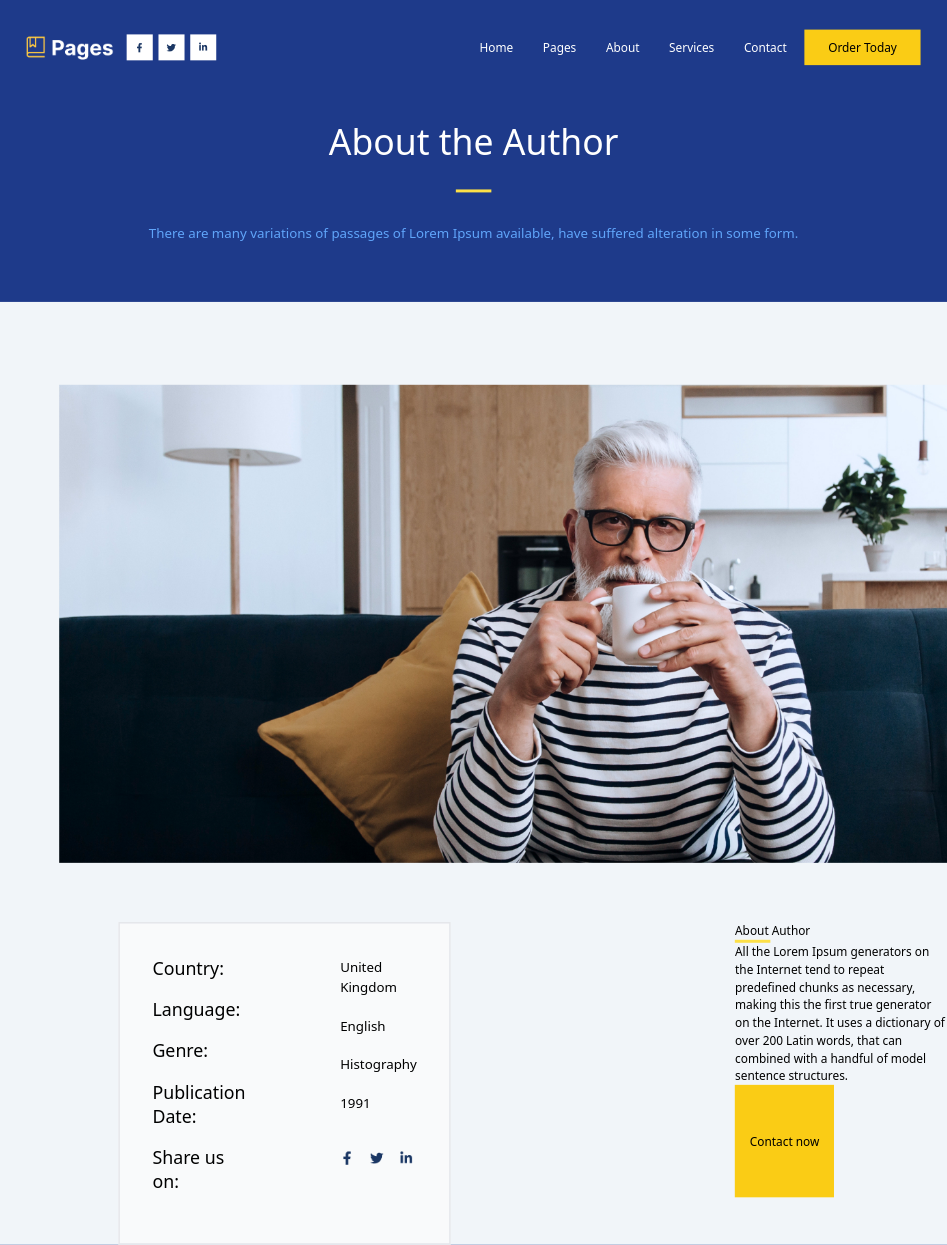
Repository: Godnorg/Class3
Page: index.html
The author's editor kept a copy of each file at every save. The page is drawn from the files as they stood at one save, then again after the next save.
The browser window is 1280 px wide. The pictures show the whole page, at 74% of full size.
Some web libraries are served in a nearby version.

Above is the page before, as saved 2023-02-20 02:36:22.

### index.html
<!DOCTYPE html>
<html lang="en">
<head>
    <meta charset="UTF-8">
    <meta http-equiv="X-UA-Compatible" content="IE=edge">
    <meta name="viewport" content="width=device-width, initial-scale=1.0">
    <title>Class3</title>
    <script src="https://cdn.tailwindcss.com"></script>
</head>
<body class="w-full bg-blue-900">
<div class="flex items-center justify-between w-full pt-10 mx-auto px-9 max-w-7xl">
    <div class="flex gap-4 ">
    <img src="./Logo.png">
    <img src="./soc-icons.png" class="h-9">
    </div>
    <div class="flex gap-6">
        <ul class="flex items-center gap-10 text-white">
            <li><a href="#">Home</a></li>
            <li><a href="#">Pages</a></li>
            <li><a href="#">About</a></li>
            <li><a href="#">Services</a></li>
            <li><a href="#">Contact</a></li>
        </ul>
        <button class="px-8 py-3 mx-auto bg-yellow-400 font-sans-serif">Order Today</button>
    </div>
    </div>
    <div class="items-center mx-auto">
    <h1 class="items-center pt-20 pb-10 text-5xl text-center text-white">About the Author</h1>
        <div
            class="items-center w-12 h-1 mx-auto text-center bg-yellow-300">
        </div>
        <p class="items-center pt-10 pb-20 mx-auto text-lg text-center text-blue-400">There are many variations of passages of Lorem Ipsum available, have suffered alteration in some form.</p>
    </div>

    <div class= " bg-slate-100">
        <div class="relative w-full pb-20 pl-20 mx-auto pt-28 max-w-7xl">
        <img src="./oldman2.jpg">
        </div>
        <div class="flex flex-row">
        <div class="max-w-xl ml-40 mr-96 bg-gray-50">
            <div class="flex mt-0 border-2 pt-11 px-11 pb-11">
                <div class="pr-32">
                <h2 class="pb-6 text-2xl">Country:</h2>
                <h2 class="pb-6 text-2xl">Language:</h2>
                <h2 class="pb-6 text-2xl">Genre:</h2>
                <h2 class="pb-6 text-2xl">Publication Date:</h2>
                <h2 class="pb-6 text-2xl">Share us on:</h2>
                </div>
                <div class="p-0">
                <p class="pb-6 pr-0 text-lg">United Kingdom</p>
                <p class="pb-6 pr-0 text-lg">English</p>
                <p class="pb-6 pr-0 text-lg">Histography</p>
                <p class="pb-6 pr-0 text-lg">1991</p>
                <img src="./socialmedia.png" class="pb-6 pr-0 pt-7">
                </div>
            </div>
        </div>
        <div>
          <h1>About Author</h1>
          <div class="w-12 h-1 bg-yellow-300"></div>
          <p>All the Lorem Ipsum generators on the Internet tend to repeat predefined chunks as necessary, making this the first true generator on the Internet. It uses a dictionary of over 200 Latin words, that can combined with a handful of model sentence structures.</p>
          <button class="px-5 py-16 mx-auto bg-yellow-400 font-sans-serif">Contact now</button>
        </div>
    </div>
</div>

</body>
</html>

After the next save:
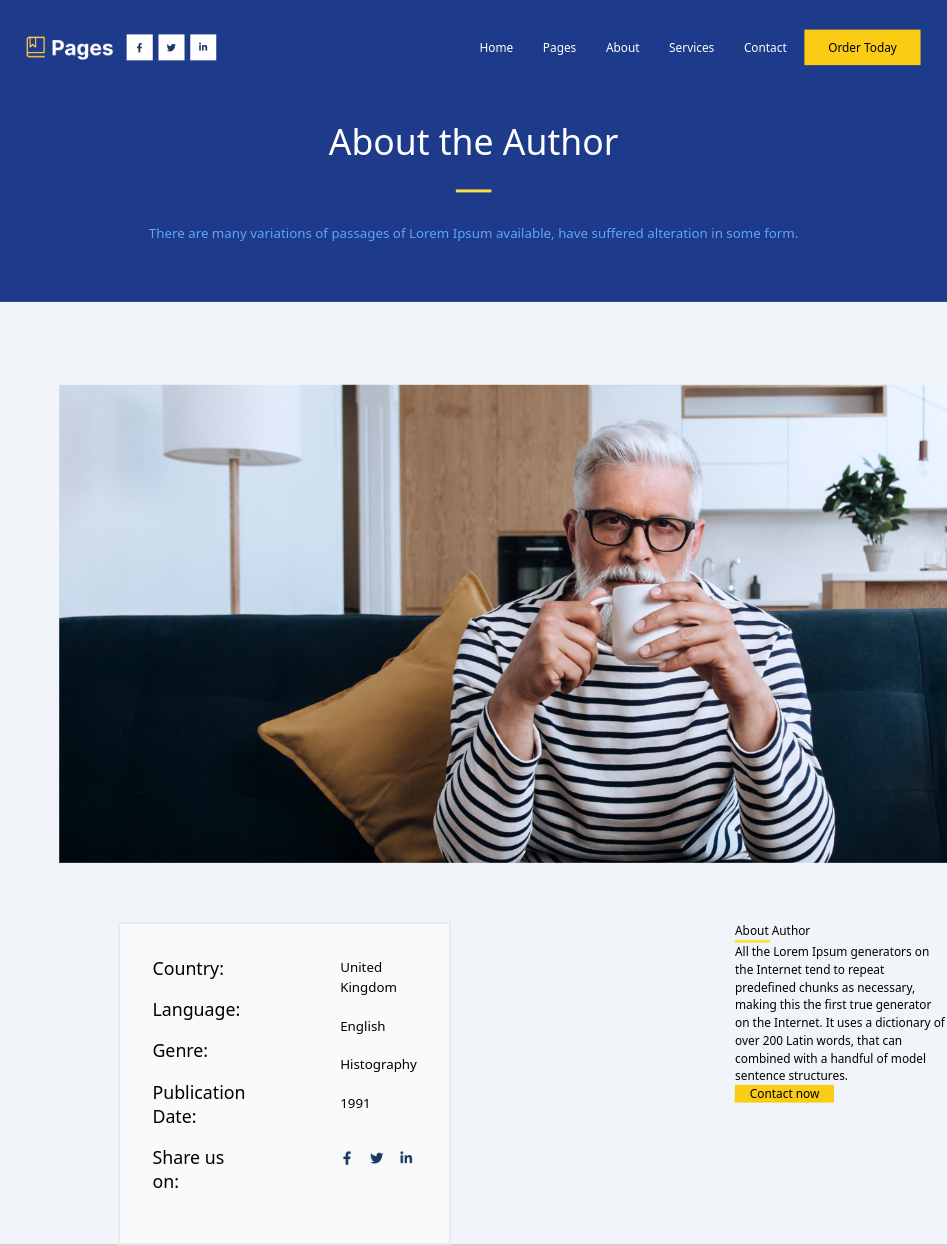
Saved 7 s later.
--- a/index.html
+++ b/index.html
@@ -59,7 +59,7 @@
           <h1>About Author</h1>
           <div class="w-12 h-1 bg-yellow-300"></div>
           <p>All the Lorem Ipsum generators on the Internet tend to repeat predefined chunks as necessary, making this the first true generator on the Internet. It uses a dictionary of over 200 Latin words, that can combined with a handful of model sentence structures.</p>
-          <button class="px-5 py-16 mx-auto bg-yellow-400 font-sans-serif">Contact now</button>
+          <button class="px-5 mx-auto bg-yellow-400 py6 font-sans-serif">Contact now</button>
         </div>
     </div>
 </div>
